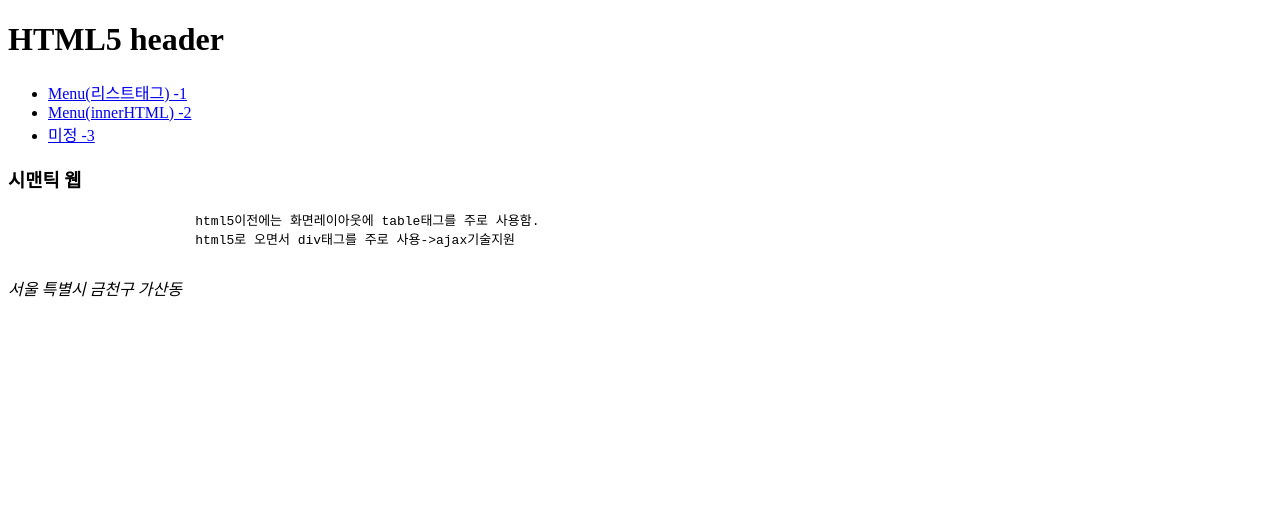
Repository: rightsecond3/java52
Page: workspace_script/dev_html/WebContent/html_semantic/afterSemantic.html
These files come from the project's save history. The page is drawn as it stood at one moment and after the next save; the edit follows.
The browser window is 1280 px wide. The pictures show the whole page.

Above is the page before, as saved 2019-06-10 01:51:11.

After the next save:
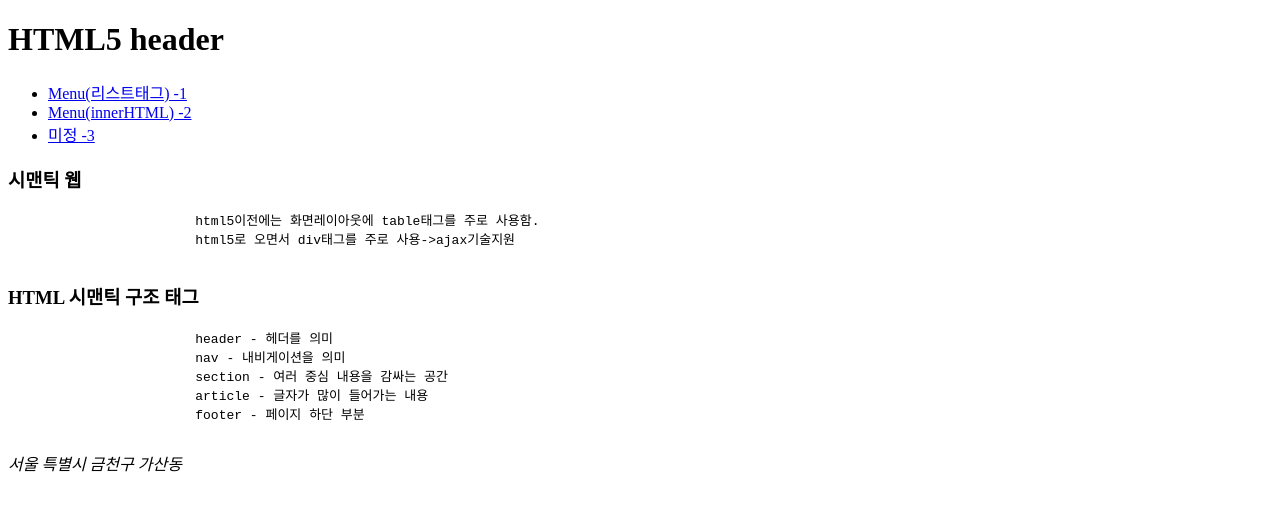
Saved 2 min 17 s later.
--- a/workspace_script/dev_html/WebContent/html_semantic/afterSemantic.html
+++ b/workspace_script/dev_html/WebContent/html_semantic/afterSemantic.html
@@ -15,6 +15,7 @@
 		<h1>HTML5 header</h1>
 	</header>
 <!-- 페이지의 메뉴 부분 -->
+<!-- nav : 네비게이션의 약자 -->
 	<nav>
 		<ul>
 			<li><a href="../html_list/listTag_1.html">Menu(리스트태그) -1</a>
@@ -33,6 +34,19 @@
 		</pre>
 		</article>
 	</section>
+	<section>
+		<article>
+		<h1>HTML 시맨틱 구조 태그</h1>
+		<!-- 작성한 내용 그대로 출력 pre태그 -->
+		<pre>
+			header - 헤더를 의미
+			nav - 내비게이션을 의미
+			section - 여러 중심 내용을 감싸는 공간
+			article - 글자가 많이 들어가는 내용
+			footer - 페이지 하단 부분
+		</pre>
+		</article>
+	</section>
 <!-- 주소 -->
 <!-- div태그와 span태그는 공간을 분할하는 태그(시각적인 변화가 없다.) -->
 	<footer>
